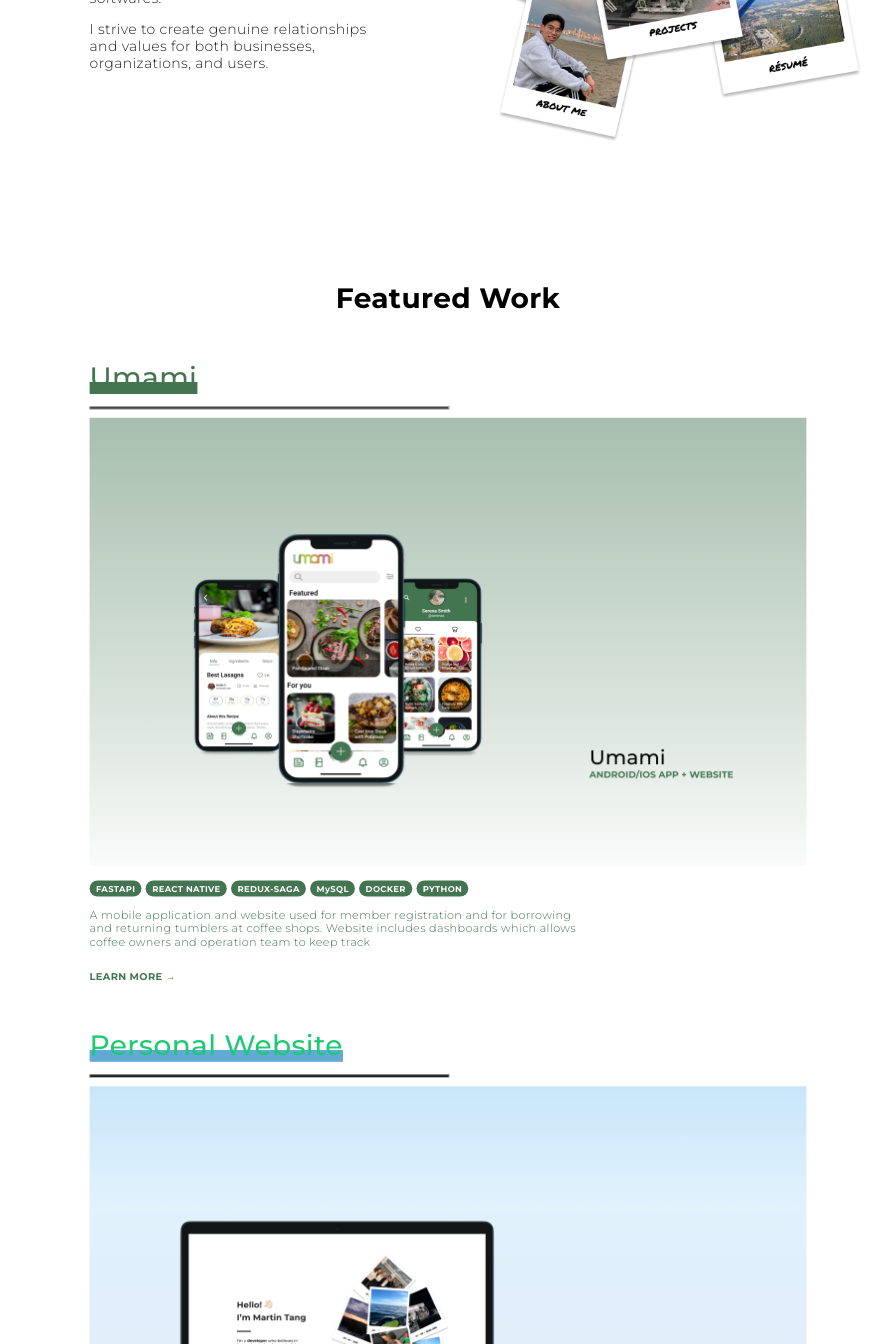
Repository: TangMartin/martintang
Page: index.html
The author's editor kept a copy of each file at every save. The page is drawn from the files as they stood at one save, then again after the next save.
The browser window is 1280 px wide. The pictures show the part of the page from y = 607 to 2527 px (the page is 2982 px tall), at 70% of full size.

Above is the page before, as saved 2021-11-24 22:15:59.

After the next save:
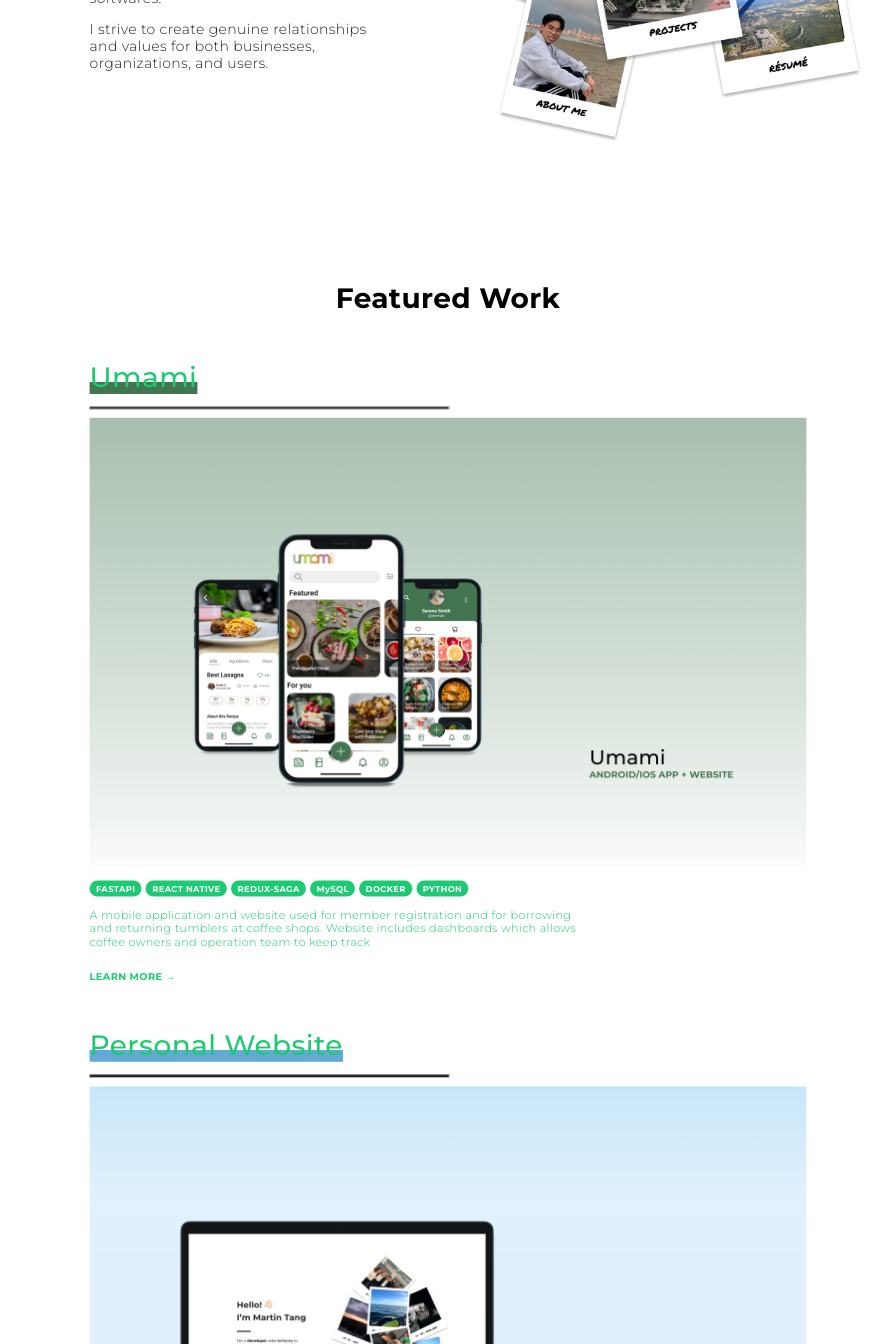
Saved 34 s later.
--- a/index.html
+++ b/index.html
@@ -46,8 +46,8 @@
             <ul class="work_list">
 
                 <!-- Umami -->
-                <li class="work_item" style="--work-color: #447551;">
-                    <h1><span class="highlight" style="--highlighter-color: #ACC2B2;">Umami</span></h1>
+                <li class="work_item">
+                    <h1><span class="highlight" style="--work-color: #447551;">Umami</span></h1>
                     <hr style="height:2.5px; width:50%; margin-left:0; background-color:#222020; display: inline-block; margin">
                     <img class="work_image" src="./assets/images/Umami.png" />
                     <div class="technologies">
